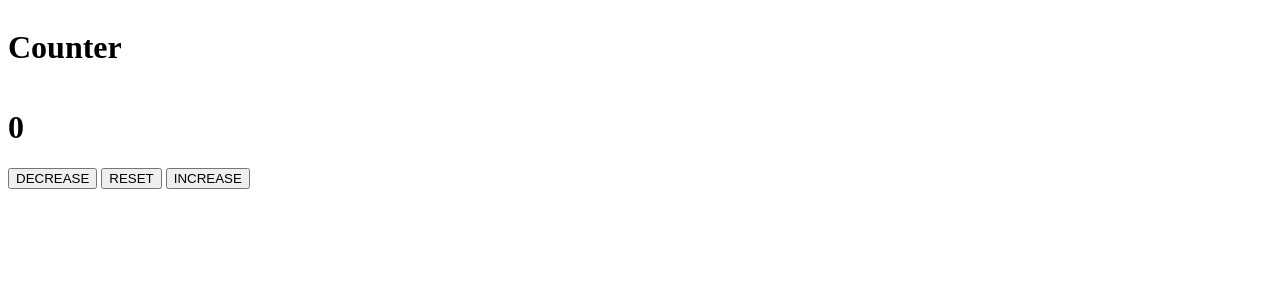
Repository: hseunghwan/practice-vanilla-javascript
Page: Counter/Counter.html
An editor plug-in stored every save of this project. The page is shown before and after the next save, followed by the edit.
The browser window is 1280 px wide. The pictures show the whole page.

Above is the page before, as saved 2023-05-09 20:59:51.

After the next save:
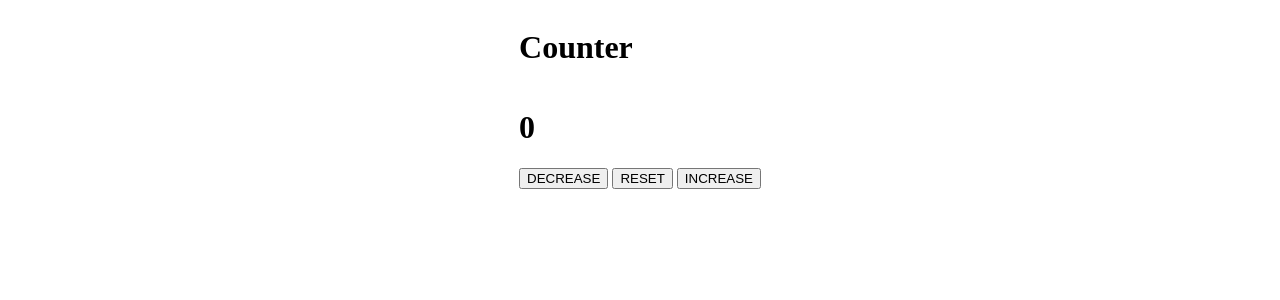
Saved 75 s later.
--- a/Counter/styles.css
+++ b/Counter/styles.css
@@ -1,6 +1,7 @@
 .container {
     display: flex;
     flex-direction: column;
+    flex-wrap: wrap;
     align-content: center;
     justify-content: center;
 }

After the 6 saves that followed:
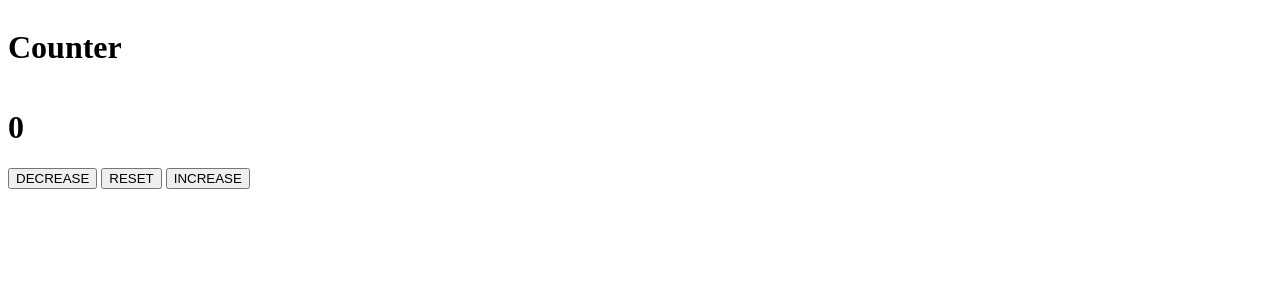
The 6 saves are shown as one change because 5 left the picture as it was.
The last was saved 3 min 41 s later.
--- a/Counter/styles.css
+++ b/Counter/styles.css
@@ -1,5 +1,9 @@
+body {
+    display: flex;
+}
 .container {
     display: flex;
+    flex-grow: 0;
     flex-direction: column;
     flex-wrap: wrap;
     align-content: center;
